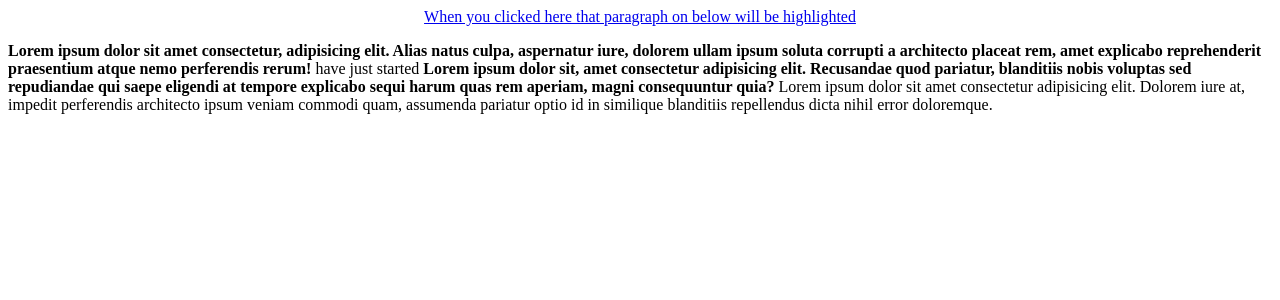
Repository: HoangDuy315/web-dev2022
Page: hw151022/ex2/ex2.5/index.html
An editor plug-in stored every save of this project. The page is shown before and after the next save, followed by the edit.
The browser window is 1280 px wide. The pictures show the whole page.

Above is the page before, as saved 2022-10-15 15:29:16.

After the next save:
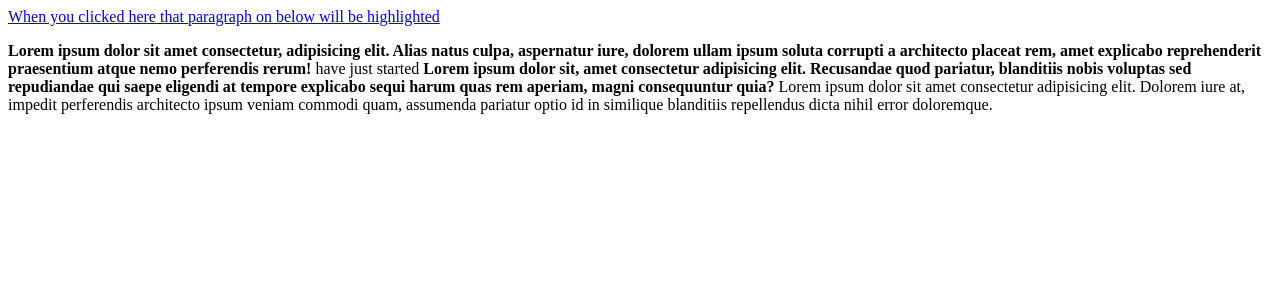
Saved 12 s later.
--- a/hw151022/ex2/ex2.5/index.html
+++ b/hw151022/ex2/ex2.5/index.html
@@ -3,10 +3,11 @@
     <meta charset="UTF-8" />
     <meta http-equiv="X-UA-Compatible" content="IE=edge" />
     <meta name="viewport" content="width=device-width, initial-scale=1.0" />
+    <link rel="stylesheet" href="./style.css" />
     <title>Document</title>
   </head>
   <body>
-    <p style="text-align: center">
+    <p class="para">
       <a href="#" onMouseOver="highlight()" onMouseOut="return_normal()"
         >When you clicked here that paragraph on below will be highlighted</a
       >
